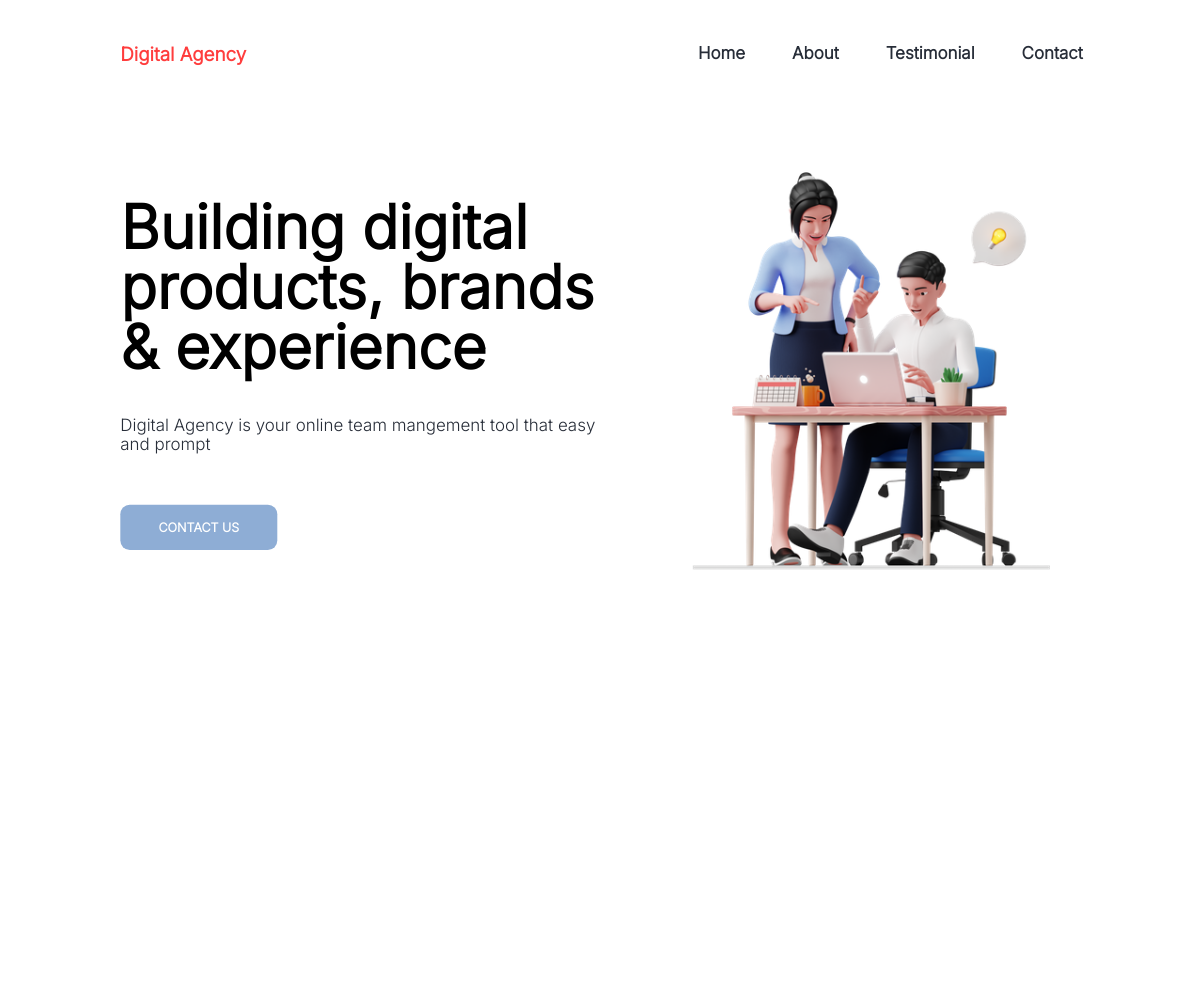
Repository: ThuatDev/fullstack_devc
Page: index.html
These files come from the project's save history. The page is drawn as it stood at one moment and after the next save; the edit follows.
The browser window is 1280 px wide. The pictures show the whole page, at 94% of full size.

Above is the page before, as saved 2022-11-09 17:30:21.

After the next save:
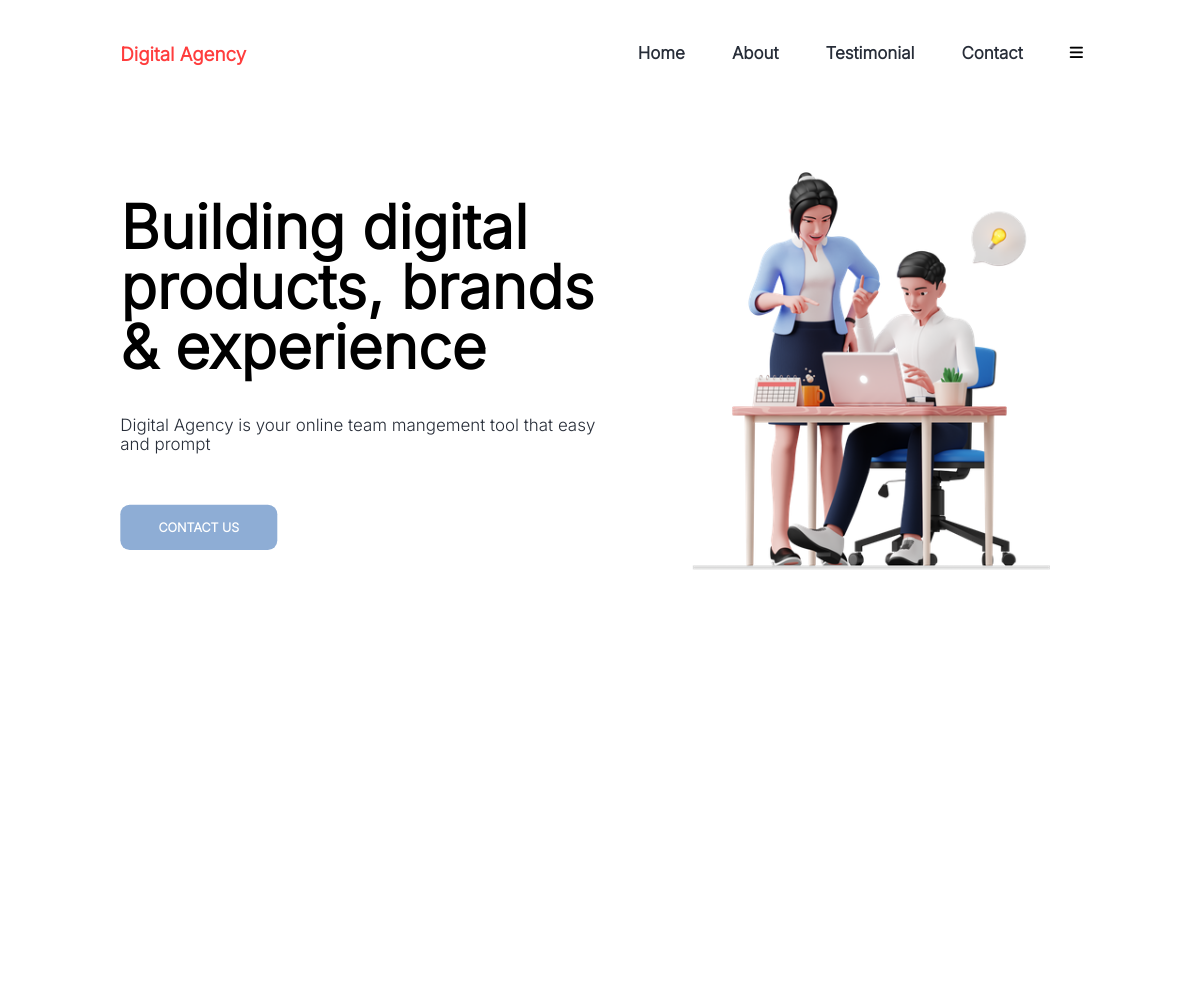
Saved 31 s later.
--- a/index.css
+++ b/index.css
@@ -31,7 +31,7 @@
   list-style: none;
   margin-left: 50px;
 }
-.navbar .navbar__right .navbar__right-list li.icon__menu {
+.navbar .navbar__right .navbar__right-list.icon__menu {
   display: none;
 }
 .navbar .navbar__right .navbar__right-list li a {

After the 2 saves that followed:
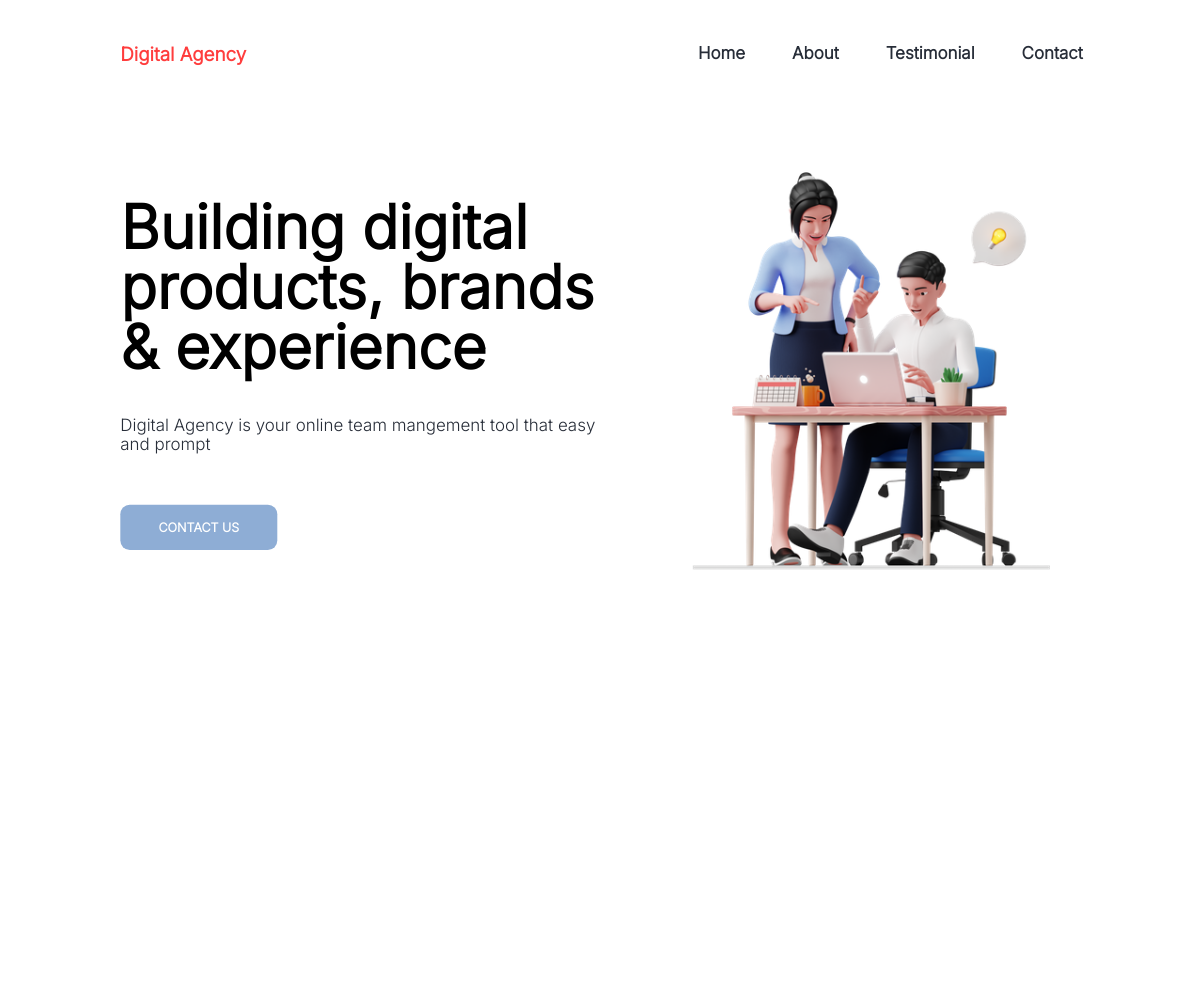
The 2 saves are shown as one change because 1 left the picture as it was.
The last was saved 28 s later.
--- a/reposive.css
+++ b/reposive.css
@@ -3,7 +3,7 @@
     display: none;
   }
   .navbar .navbar__right .navbar__right-list li.icon__menu {
-    display: block !important;
+    display: block;
   }
   /* .navbar .navbar__right.navbar__right-list li:nth-child(1) {
     display: none;
--- a/index.css
+++ b/index.css
@@ -31,7 +31,7 @@
   list-style: none;
   margin-left: 50px;
 }
-.navbar .navbar__right .navbar__right-list.icon__menu {
+.navbar .navbar__right .navbar__right-list > .icon__menu {
   display: none;
 }
 .navbar .navbar__right .navbar__right-list li a {
